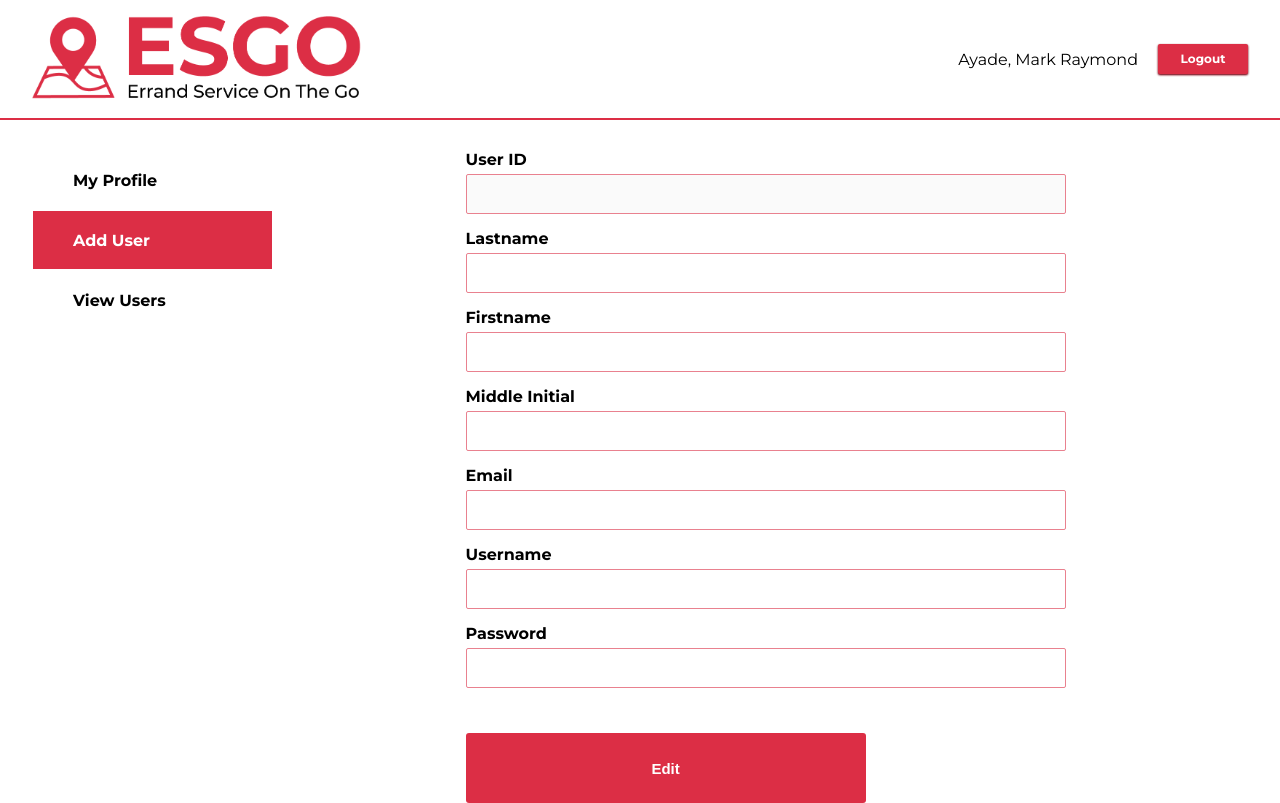
Repository: azkalonz/Int-Prog-2
Page: http://localhost/Int_Prog_2/?page=home
An editor plug-in stored every save of this project. The page is shown before and after the next save, followed by the edit.
The browser window is 1280 px wide. The pictures show the whole page.
The page is served by Tomcat 9. Other server files are loaded and not shown.

Above is the page before, as saved 2021-03-30 05:45:12.

### Int Prog 2/WebContent/index.jsp
<jsp:include page="/WEB-INF/layout/header.jsp"/>
<main>
        <div class="container">
            <jsp:include page="/WEB-INF/layout/nav.jsp" />

            <div class="content">
                <form>
                    <div class="infos">
                        <span>User ID</span>
                        <input type="text" disabled>
                    </div>
                    <div class="infos">
                        <span>Lastname</span>
                        <input type="text">
                    </div>
                    <div class="infos">
                        <span>Firstname</span>
                        <input type="text">
                    </div>
                    <div class="infos">
                        <span>Middle Initial</span>
                        <input type="text">
                    </div>
                    <div class="infos">
                        <span>Email</span>
                        <input type="text">
                    </div>
                    <div class="infos">
                        <span>Username</span>
                        <input type="text">
                    </div>
                    <div class="infos">
                        <span>Password</span>
                        <input type="text">
                    </div>
                    <input class="button" type="submit" value="Edit">
                </form>
            </div>
        </div>
    </main>
<jsp:include page="/WEB-INF/layout/footer.jsp"/>

### Int Prog 2/WebContent/WEB-INF/layout/header.jsp
<%@ page language="java" contentType="text/html; charset=ISO-8859-1"
	pageEncoding="ISO-8859-1"%>
<!DOCTYPE html>
<html>
<head>
<meta charset="ISO-8859-1">
<title>Employee</title>
<link rel="stylesheet" href="<%=request.getContextPath()%>/css/style.css"/>
</head>
<body>
	<header>
	        <div class="container">
	            <div class="logo-con">
	                <img src="<%=request.getContextPath()%>/assets/logo/horizontal.png">
	            </div>
	            <div class="account-con">
	                <span>Ayade, Mark Raymond</span>
	                <a href="./login.html">
	                    <div class="button">Logout</div>
	                </a>
	            </div>
	        </div>
	    </header>

### Int Prog 2/WebContent/WEB-INF/layout/nav.jsp
<div class="nav">
    <a href="<%=request.getContextPath()%>">
        <div class="links">My Profile</div>
    </a>
    <a href="<%=request.getContextPath()%>/register">
        <div class="links active">Add User</div>
    </a>
    <a href="./users.html">
        <div class="links">View Users</div>
    </a>
</div>

### Int Prog 2/WebContent/css/style.css
@import url("https://fonts.googleapis.com/css2?family=Montserrat:ital,wght@0,100;0,200;0,300;0,400;0,500;0,600;0,700;1,100;1,200;1,300;1,400;1,500;1,600&display=swap");

* {
  margin: 0;
  padding: 0;
  box-sizing: border-box;
}

a:link {
	text-decoration: none;
	color: #000;
}

body {
  font-family: "Montserrat";
  font-size: 100%;
}

header {
  display: flex;
  justify-content: center;
  width: 100%;
  height: 120px;
  position: relative;
  border-bottom: 2px solid rgb(220, 46, 69);
}

header .container {
  display: flex;
  justify-content: space-between;
  width: 95%;
  max-width: 1300px;
}

header .container .logo-con {
  padding-top: 5px;
}

header .container .logo-con img {
  height: 100px;
}

header .container .account-con {
  display: flex;
  align-items: center;
}

header .account-con .button {
  width: 90px;
  height: 30px;
  margin-left: 20px;
  border: none;
  background: rgb(220, 46, 69);
  box-shadow: 0 1px 2px 0 rgba(122, 7, 22, 0.783),
    0 1px 2px 0 rgba(122, 7, 22, 0.783);
  cursor: pointer;
  color: white;
  font-family: "Montserrat";
  font-weight: bold;
  font-size: 12px;
  border-radius: 2px;
  line-height: 30px;
  text-align: center;
}

header .account-con .button:hover {
  background: rgb(187, 32, 53);
}

.login-container {
  background: rgb(220, 46, 69);
  display: flex;
  align-items: center;
  justify-content: center;
  height: 100vh;
  font-family: "Montserrat";
  color: rgb(22, 22, 22);
}

.login-container > .container {
  position: relative;
  background: white;
  width: 85%;
  max-width: 1024px;
  border-radius: 10px;
  display: flex;
  box-shadow: 0 2px 4px 0 rgb(80, 12, 21), 0 6px 10px 0 rgb(80, 12, 21);
  padding: 60px 5px;
}

.login-container > .container .logo-container {
  display: flex;
  justify-content: center;
  align-items: center;
  flex-direction: column;
  flex: 3;
}

.logo-container img {
  width: 200px;
  padding-bottom: 35px;
}

.logo-container span {
  color: rgb(220, 46, 69);
  font-weight: bold;
  font-size: 40px;
}

.container .form-container {
  display: flex;
  justify-content: center;
  align-items: center;
  height: 100%;
  flex: 2;
}

.form-container h1 {
  margin-bottom: 20px;
}

.form-container .input-con {
  margin-bottom: 20px;
}

.form-container .input-con input {
  height: 45px;
  width: 300px;
  font-family: "Montserrat";
  padding: 5px 10px;
  border-radius: 5px;
  border: 1px solid rgb(233, 129, 143);
}

.form-container button {
  width: 150px;
  height: 50px;
  background: rgb(220, 46, 69);
  border: none;
  color: white;
  font-size: 16px;
  cursor: pointer;
  border-radius: 4px;
  box-shadow: 0 1px 2px 0 rgba(122, 7, 22, 0.783),
    0 1px 2px 0 rgba(122, 7, 22, 0.783);
  margin-top: 10px;
  font-weight: bold;
  font-family: "Montserrat";
}

.form-container button:hover {
  background: rgb(187, 32, 53);
}

main {
  width: 100%;
  display: flex;
  justify-content: center;
  padding-top: 30px;
}

main .container {
  width: 95%;
  max-width: 1300px;
  display: flex;
  justify-content: center;
}

main .container .nav {
  flex: 2;
  margin-right: 10px;
}

main .container .nav .links {
  padding-left: 40px;
  height: 60px;
  line-height: 60px;
  font-weight: bold;
  border: 1px solid white;
}

.active {
  background: rgb(220, 46, 69);
  color: white;
}

main .container .nav .links:hover {
  background: rgb(220, 46, 69);
  color: white;
  transition: 0.4s;
}

main .container .content {
  flex: 8;
  display: flex;
  justify-content: center;
}

main .container .content .infos {
  display: flex;
  flex-direction: column;
  padding-bottom: 15px;
}

main .container .content .infos span {
  padding-bottom: 5px;
  font-weight: bold;
}

main .container .content .infos input {
  width: 600px;
  height: 40px;
  border-radius: 2px;
  border: 1px solid rgb(233, 129, 143);
  padding: 0 10px;
}

main .container .content .button {
  width: 400px;
  height: 70px;
  background: rgb(220, 46, 69);
  border: none;
  margin-top: 30px;
  color: white;
  font-weight: bold;
  font-size: 15px;
  cursor: pointer;
  border-radius: 3px;
}

main .container .content .button:hover {
  background: rgb(187, 32, 53);
}

main .container .content .infos {
  display: flex;
  flex-direction: column;
  padding-bottom: 15px;
}

main .container .content .infos span {
  padding-bottom: 5px;
  font-weight: bold;
}

main .container .content .infos input {
  width: 600px;
  height: 40px;
  border-radius: 2px;
  border: 1px solid rgb(233, 129, 143);
  padding: 0 10px;
}

main .container .content .button {
  width: 400px;
  height: 70px;
  background: rgb(220, 46, 69);
  border: none;
  margin-top: 30px;
  color: white;
  font-weight: bold;
  font-size: 15px;
  cursor: pointer;
  border-radius: 3px;
}

main .container .content .button:hover {
  background: rgb(187, 32, 53);
}

main .container .content {
  max-height: 800px;
  overflow-y: scroll;
}

main .container .content table {
  width: 100%;
  margin: 0 15px;
  text-align: center;
  border-spacing: 0;
}

main .container .content table thead {
  background: rgb(220, 46, 69);
}

main .container .content table thead th {
  height: 60px;
  column-gap: 0;
  color: white;
}

main .container .content table tbody tr {
  height: 50px;
  background: rgba(247, 244, 244, 0.375);
}

main .container .content table tbody tr td:last-child {
  display: flex;
  justify-content: center;
  padding: 10px 0;
}

main .container .content table tbody .button-action {
  width: 80px;
  height: 30px;
  text-align: center;
  line-height: 30px;
  margin: 0 5px;
  font-size: 12px;
  color: white;
  border-radius: 3px;
  cursor: pointer;
}

.orange {
  background: coral;
  box-shadow: 0px 0px 2px -1px rgba(230, 63, 2, 0.443);
}

.red {
  background: crimson;
  box-shadow: 0px 0px 2px -1px rgba(199, 2, 41, 0.653);
}

.orange:hover {
  background: rgb(248, 95, 39);
}

.red:hover {
  background: rgb(194, 4, 42);
}

Loaded but not shown: Int Prog 2/WebContent/WEB-INF/layout/footer.jsp (common file)

After the next save:
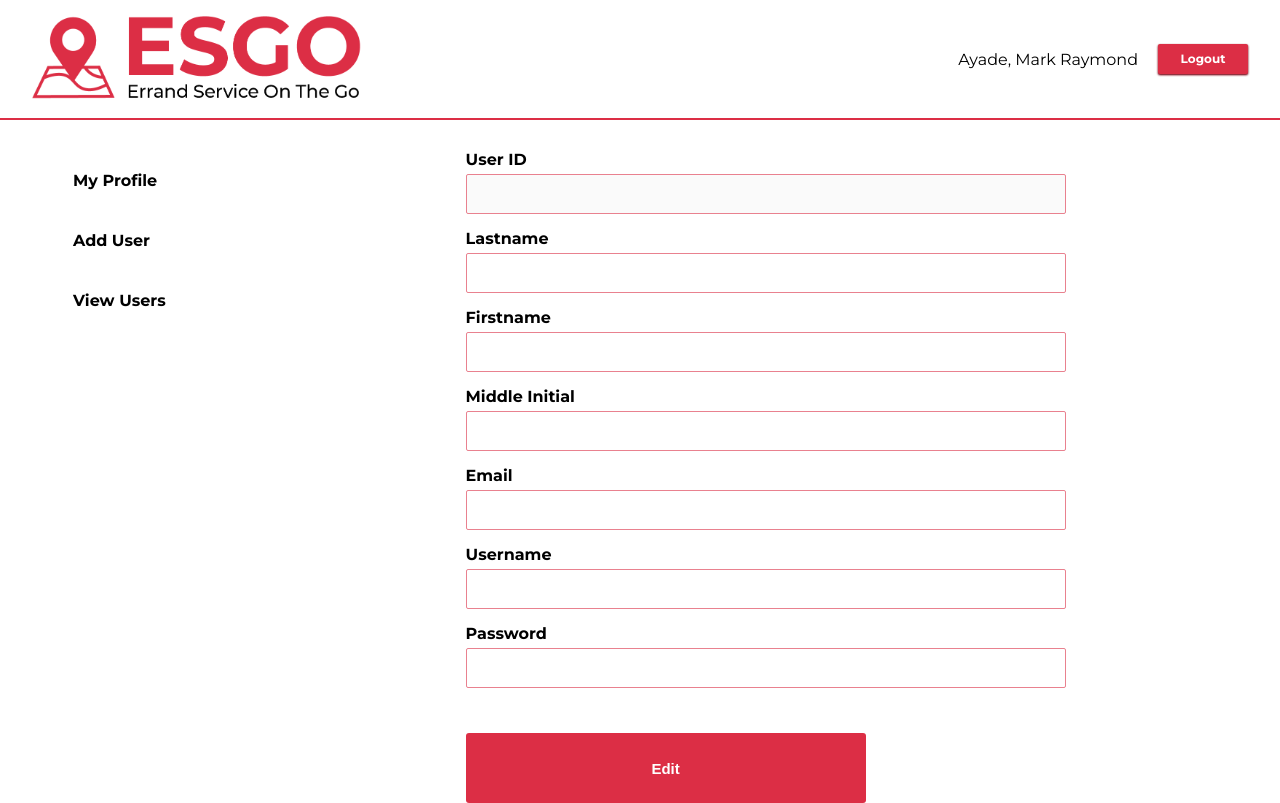
Saved 2 min 24 s later.
--- a/Int Prog 2/WebContent/WEB-INF/layout/nav.jsp
+++ b/Int Prog 2/WebContent/WEB-INF/layout/nav.jsp
@@ -1,9 +1,11 @@
+<%@taglib prefix="c" uri="http://java.sun.com/jsp/jstl/core"%>
+
 <div class="nav">
     <a href="<%=request.getContextPath()%>">
         <div class="links">My Profile</div>
     </a>
     <a href="<%=request.getContextPath()%>/register">
-        <div class="links active">Add User</div>
+        <div class="links<c:if test="${1==1}"></c:if>">Add User</div>
     </a>
     <a href="./users.html">
         <div class="links">View Users</div>
